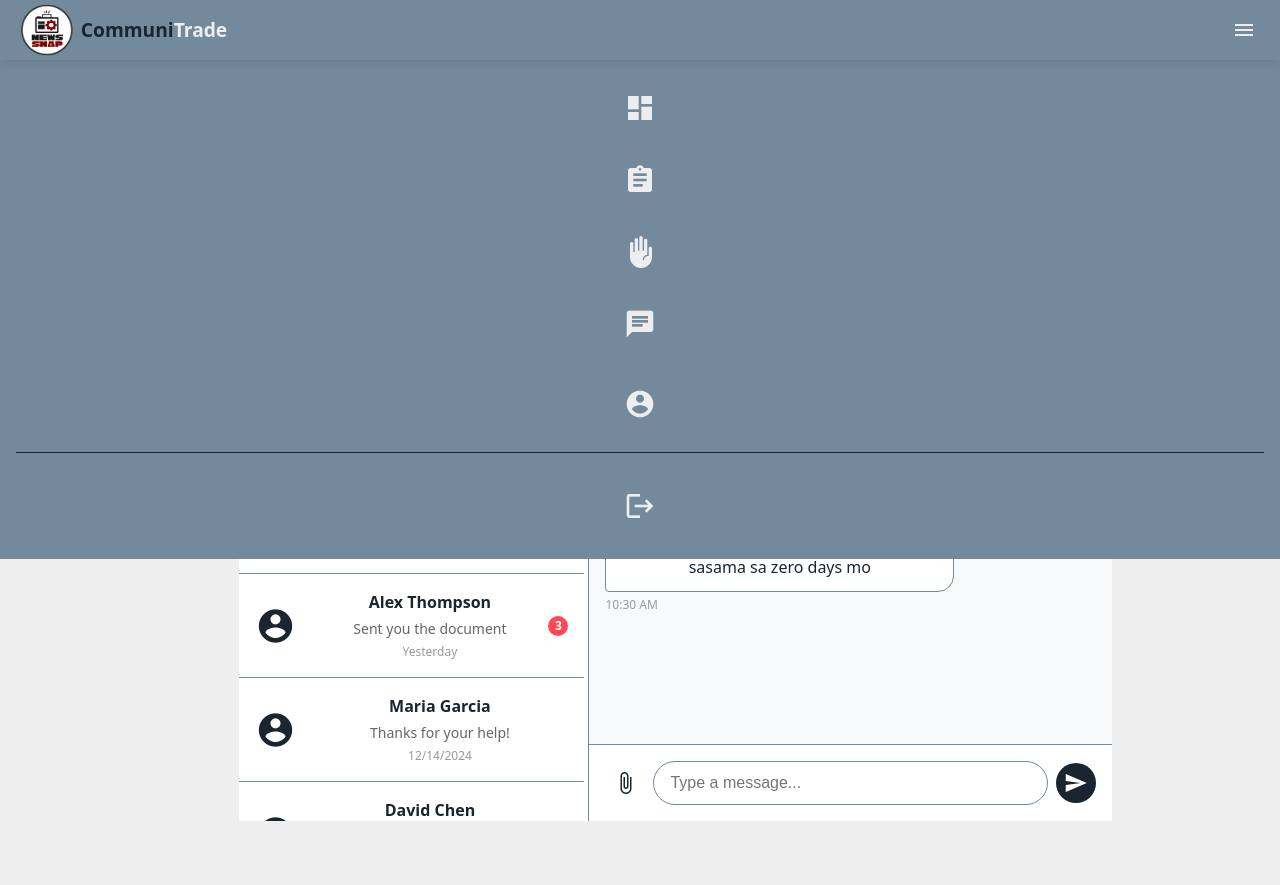
Repository: wholaanmo/news-snap
Page: /message
These files come from the project's save history. The page is drawn as it stood at one moment and after the next save; the edit follows.
The browser window is 1280 px wide. The pictures show the whole page.
The project was rebuilt for these pictures with package versions that can differ from the ones it lists, and the page was loaded fresh each time. Also part of the build but not shown: src/components/AdminNavbar.vue, src/components/AdminSidebar.vue, src/layouts/AdminLayout.vue.

Above is the page before, as saved 2025-10-15 19:30:11.

After the next save:
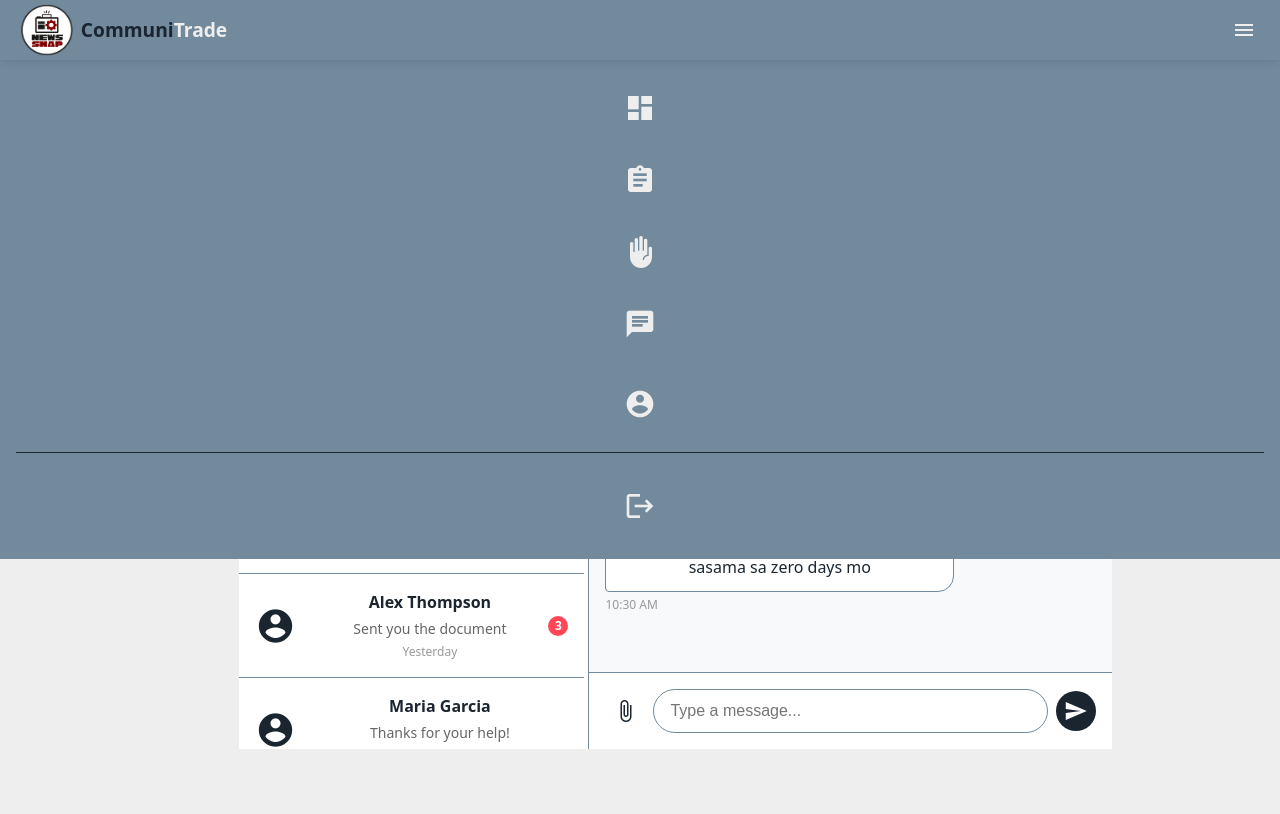
Saved 27 min 25 s later.
--- a/src/views/message.vue
+++ b/src/views/message.vue
@@ -335,7 +335,7 @@ onMounted(() => {
 <style scoped>
 .message-page {
   display: flex;
-  height: calc(110vh - 60px);
+  height: calc(100vh - 60px);
   margin-top: -5px;
   background-color: var(--light);
 }
